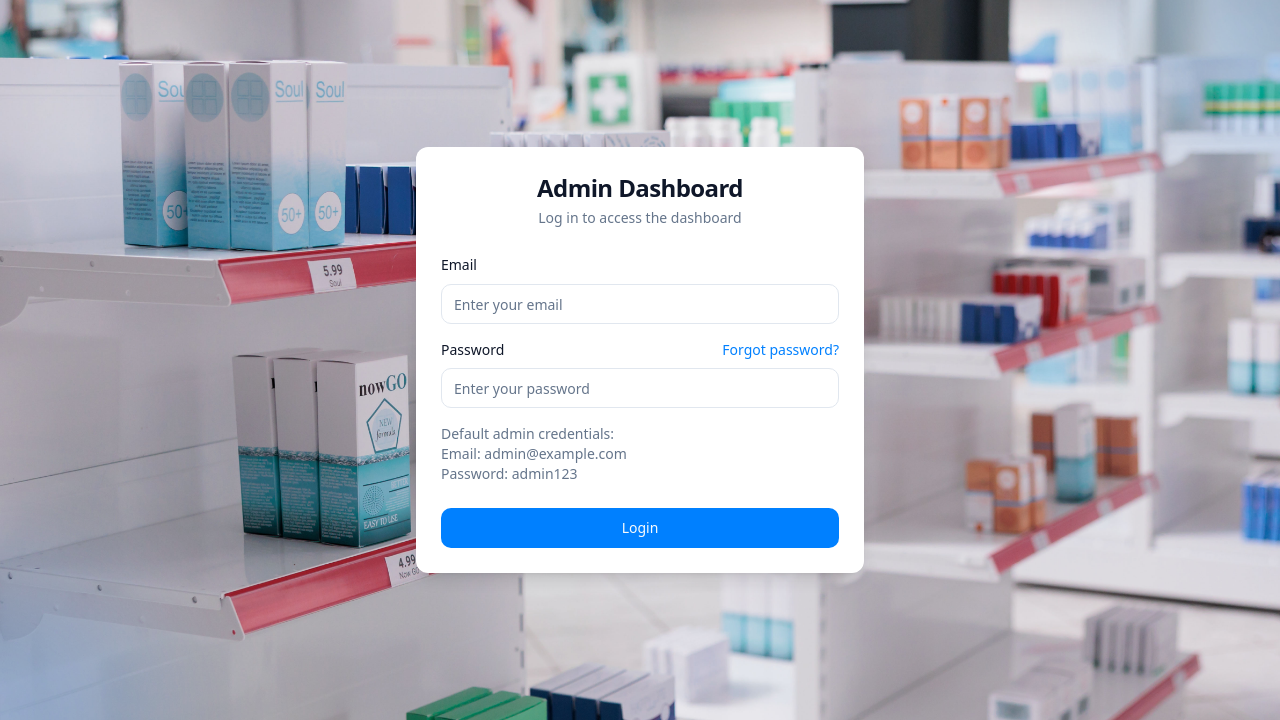
Repository: kaizoku010/musawo
Page: /products
The author's editor kept a copy of each file at every save. The page is drawn from the files as they stood at one save, then again after a run of saves.
The browser window is 1280 px wide. The pictures show the whole page.
The page's requests for data from a server got no answer. The project was rebuilt for these pictures with package versions that can differ from the ones it lists, and the page was loaded fresh each time. No one was signed in, and anything a server would have sent is missing. Also part of the build but not shown: vite.config.ts, src/components/ui/tooltip.tsx, src/components/ui/avatar.tsx, src/components/Sidebar.tsx, src/components/Navbar.tsx, src/components/PageTransition.tsx, src/components/StatCard.tsx, src/components/Chart.tsx and 15 more.

Above is the page before, as saved 2025-04-01 10:38:47.

After the next 2 saves:
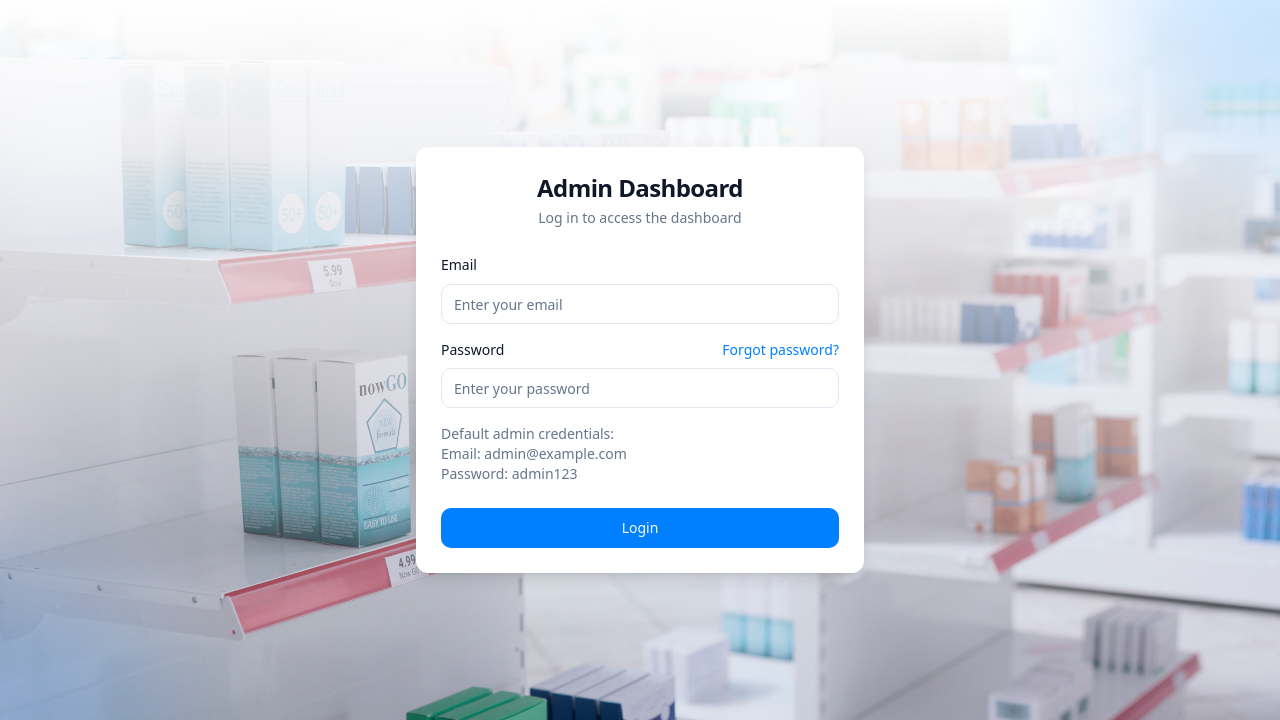
The 2 saves are shown as one change because they came seconds apart.
The last was saved 20 s later.
--- a/src/pages/Login.tsx
+++ b/src/pages/Login.tsx
@@ -24,8 +24,8 @@
   };
 
   return (
-    <div>
-    <div id='login-page'
+    <div id='login-page'>
+    <div
       className="min-h-screen flex items-center justify-center bg-gradient-to-b from-background to-primary/5 p-4">
       <div className="absolute inset-0 overflow-hidden">
         <div className="absolute -bottom-40 -left-40 h-80 w-80 rounded-full bg-primary/20 blur-3xl" />

After the 3 saves that followed:
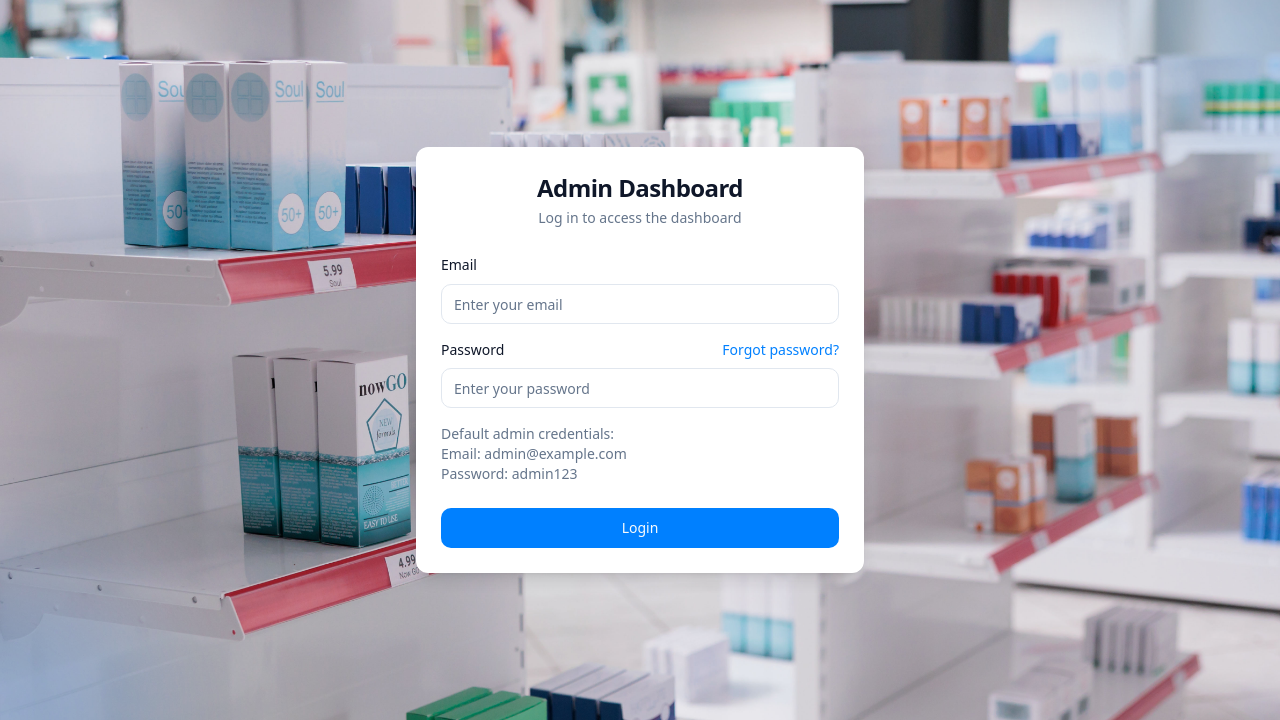
The 3 saves are shown as one change because 1 left the picture as it was and some came seconds apart.
The last was saved 44 s later.
--- a/src/pages/Login.tsx
+++ b/src/pages/Login.tsx
@@ -26,7 +26,8 @@
   return (
     <div id='login-page'>
     <div
-      className="min-h-screen flex items-center justify-center bg-gradient-to-b from-background to-primary/5 p-4">
+      className="min-h-screen flex items-center justify-center
+       p-4">
       <div className="absolute inset-0 overflow-hidden">
         <div className="absolute -bottom-40 -left-40 h-80 w-80 rounded-full bg-primary/20 blur-3xl" />
         <div className="absolute -top-40 -right-40 h-80 w-80 rounded-full bg-primary/20 blur-3xl" />
